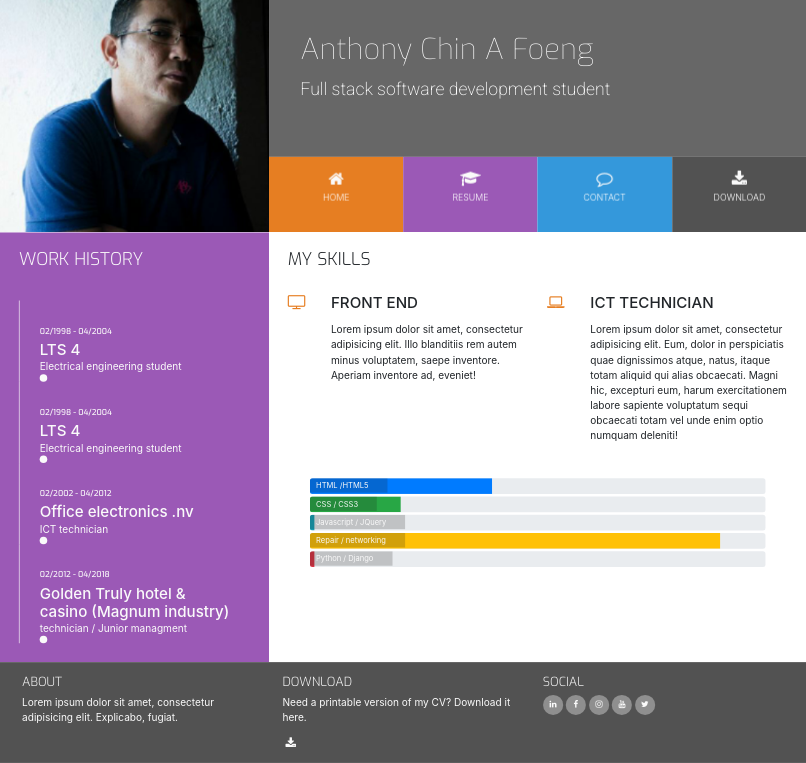
Repository: anthonycaf/UCD-Resume
Page: recume.html
The author's editor kept a record of every edit. The page is drawn from the files as they stood at one moment, then again after the next edit.
The browser window is 1280 px wide. The pictures show the whole page, at 63% of full size.

Above is the page before.

### recume.html
<!DOCTYPE html>
<html lang="en">
<head>
<meta charset="UTF-8">
<meta name="viewport" content="width=device-width, initial-scale=1.0">
<meta http-equiv="X-UA-Compatible" content="ie=edge">
<link rel="stylesheet" href="https://stackpath.bootstrapcdn.com/bootstrap/4.3.1/css/bootstrap.min.css" type="text/css" />
<link rel="stylesheet" href="https://cdnjs.cloudflare.com/ajax/libs/hover.css/2.3.1/css/hover-min.css" type="text/css" />
<link rel="stylesheet" href="https://stackpath.bootstrapcdn.com/font-awesome/4.7.0/css/font-awesome.min.css" type="text/css" />
<link rel="stylesheet" href="assets/css/style.css" type="text/css" />
    <title>Anthony</title>
</head>
<body>
    <header>
<div class="row no-gutters">
   <a href="index.html" class="col-md-4 logo">
 </a>
<div class="col-md-8">
<div class="row no-gutters bg-color-name-title">
<div class="col heading">
 <h1 class="name">Anthony Chin A Foeng</h1>
 <h2 class="title"> Full stack software development student</h2>
                    </div>
                </div>
             <div class="row no-gutters">
                 <div class="col">
                     <ul id='nav'class="list-inline menucontainer">
                         <li class="col-6 col-sm-3 ui-menu-color-home list-inline-item menuitem">
                             <a href="#" class="hvr-sweep-to-bottom"><i class="fa fa-home" aria-hidden="true"></i><span>Home</span></a>
                         </li>
                          <li class="col-6 col-sm-3 ui-menu-color-resume list-inline-item menuitem">
                             <a href="#" class="hvr-sweep-to-bottom"><i class="fa fa-graduation-cap" aria-hidden="true"></i><span>Resume</span></a>
                         </li>
                          <li class="col-6 col-sm-3 ui-menu-color-contact list-inline-item menuitem">
                             <a href="#" class="hvr-sweep-to-bottom"><i class="fa fa-comment-o" aria-hidden="true"></i><span>Contact</span></a>
                         </li>
                          <li class="col-6 col-sm-3 ui-menu-color-download list-inline-item menuitem">
                             <a href="#" class="hvr-sweep-to-bottom"><i class="fa fa-download" aria-hidden="true"></i><span>Download</span></a>
                         </li>

                     </ul>
                 </div>
             </div>
            </div>
        </div>

    </header>
    <section class="container-fluid">
        <div class="row">
         <div class="col-md-4 bg-color-work-history section-column">
          <div class="row">
           <div class="col-12">
           <h3 class="history-heading uppercase">
            Work History
           </h3>
          </div>
          </div>
         <div class="timeline-item" data-dates="02/1998 - 04/2004">
          <h4>LTS 4</h4>
          <p>Electrical engineering student</p>
         </div>
          <div class="timeline-item" data-dates="02/1998 - 04/2004">
          <h4>LTS 4</h4>
          <p>Electrical engineering student</p>
         </div>
          <div class="timeline-item" data-dates="02/2002 - 04/2012">
          <h4>Office electronics .nv</h4>
          <p>ICT technician</p>
         </div>
          <div class="timeline-item" data-dates="02/2012 - 04/2018">
          <h4>Golden Truly hotel & casino (Magnum industry)</h4>
          <p>technician / Junior managment</p>
         </div>
         </div>
         <div class="col-md-8 bg-color-three-reasons section-column">
          <div class="row">
           <div class="col">
            <h3 class="section-heading uppercase">My Skills</h3>
           </div>
          </div>
          <div class="row">
           <div class="col-10 offset-1 offset-sm-0 col-sm-4 col-md-6">
            <div class="row">
             <div class="col-2">
              <i class="three-reasons-icon fa fa-tv" aria-hidden="true"></i>
             </div>
             <div class="col-10">
              <h4 class="three-reason-heading uppercase">Front End</h4>
              <p>
               Lorem ipsum dolor sit amet, consectetur adipisicing elit.
               Illo blanditiis rem autem minus voluptatem, saepe inventore.
               Aperiam inventore ad, eveniet!
              </p>
             </div>
            </div>
           </div>
           <div class="col-10 offset-1 offset-sm-0 col-sm-4 col-md-6">
            <div class="row">
             <div class="col-2">
              <i class="three-reasons-icon fa fa-laptop" aria-hidden="true"></i>
             </div>
             <div class="col-10">
              <h4 class="three-reason-heading uppercase">ict technician</h4>
              <p>
              Lorem ipsum dolor sit amet, consectetur adipisicing elit.
              Eum, dolor in perspiciatis quae dignissimos atque, natus,
              itaque totam aliquid qui alias obcaecati. Magni hic,
              excepturi eum, harum exercitationem labore sapiente
              voluptatum sequi obcaecati totam vel unde enim optio numquam deleniti!
              </p>
             </div>
            </div>
           </div>

          </div>
          <div class="row progress-section">
           <div class="col">
            <div class="progress">
             <div class="progress-bar" role="progressbar" aria-valuenow="40" aria-valuemin="0"
             aria-valuemax="100" style="width:40%;">
              <span class="sr-only"> 40% complete</span>
             </div>
             <span class="progress-type">HTML /HTML5</span>
            </div>
            <div class="progress">
             <div class="progress-bar bg-success" role="progressbar" aria-valuenow="20" aria-valuemin="0"
             aria-valuemax="100" style="width:20%;">
              <span class="sr-only">20% complete</span>
             </div>
             <span class="progress-type">CSS / CSS3</span>
            </div>
            <div class="progress">
             <div class="progress-bar bg-info" role="progressbar" aria-valuenow="1" aria-valuemin="0"
             aria-valuemax="100" style="width:1%;">
              <span class="sr-only">1% complete</span>
             </div>
             <span class="progress-type">Javascript / JQuery</span>
            </div>
             <div class="progress">
             <div class="progress-bar bg-warning" role="progressbar" aria-valuenow="90" aria-valuemin="0"
             aria-valuemax="100" style="width:90%;">
              <span class="sr-only">90% complete</span>
             </div>
             <span class="progress-type">Repair / networking</span>
            </div>
             <div class="progress">
             <div class="progress-bar bg-danger" role="progressbar" aria-valuenow="1" aria-valuemin="0"
             aria-valuemax="100" style="width:1%;">
              <span class="sr-only">1% complete</span>
             </div>
             <span class="progress-type">Python / Django</span>
            </div>
           </div>
          </div>
         </div>
        </div>
    </section>
    <footer class="container-fluid">
    <div id="footer-details" class="row">
     <div class="col-sm-4">
      <h5 class="uppercase general-sub">About</h5>
      <p class="inline-block">
       Lorem ipsum dolor sit amet, consectetur adipisicing elit. Explicabo, fugiat.
      </p>
     </div>
     <div class="col-sm-4">
       <h5 class="uppercase general-sub">Download</h5>
       <p class="inline-block">Need a printable version of my CV? Download it here.</p>
       <a href="#" target="_blank" class="cv-pdf">
        <i class="fa fa-download" aria-hidden="true"></i>
        <span class="sr-only">Download link.</span>
       </a>
     </div>
     <div class="col-sm-4">
       <h5 class="uppercase general-sub">Social</h5>
       <ul class="list-inline social-links">
        <li class="list-inline-item">
         <a href="#" target="_blank">
          <i class="fa fa-linkedin" aria-hiden="true"></i>
          <span class="sr-only">Linkedin</span>
         </a>
        </li>
        <li class="list-inline-item">
         <a href="#" target="_blank">
          <i class="fa fa-facebook" aria-hiden="true"></i>
          <span class="sr-only">facebook</span>
         </a>
        </li>
        <li class="list-inline-item">
         <a href="#" target="_blank">
          <i class="fa fa-instagram" aria-hiden="true"></i>
          <span class="sr-only">instagram</span>
         </a>
        </li>
        <li class="list-inline-item">
         <a href="#" target="_blank">
          <i class="fa fa-youtube" aria-hiden="true"></i>
          <span class="sr-only">youtube</span>
         </a>
        </li>
        <li class="list-inline-item">
         <a href="#" target="_blank">
          <i class="fa fa-twitter" aria-hiden="true"></i>
          <span class="sr-only">twitter</span>
         </a>
        </li>
       </ul>
     </div>
    </div>
    </footer>
</body>
</html>

### assets/css/style.css
@import url('https://fonts.googleapis.com/css?family=Roboto:100,200,300,400,500,600,700|Exo:100,200,300,400,500,600,700');

/*-------------------------------------Color*/

.bg-color-name-title {
    background-color: #676767;
}
.bg-color-three-reasons {
    background-color: #ffffff;
}
.bg-color-personal-info {
    background-color: #f4f4f4;
}
.bg-color-work-history {
    background-color: #9b59b6;
}

.ui-menu-color-home {
    background-color: #e67e22;

}

.ui-menu-color-resume {
    background-color: #9b59b6;
}

.ui-menu-color-contact {
    background-color: #3498db;
}

.ui-menu-color-download {
    background-color: #525252;
}

/*-------------------------------------Special padding/margin/text*/

h1,
h2,
h3,
h4 {
    margin: 0;
}
.uppercase {
    text-transform: uppercase;

}
.general-sub {
    font-family: "Exo",sans-serif;
   font-weight: 300;
   color: #fafafa;

}
.inline-block {
    display: inline-block;
}
.row-table {
    display: table;

}
.section-column {
    display: table-cell;
    padding: 0 30px 30px;
    float: none;
}
.history-heading,
.section-heading {
    font-family: "Exo", sans-serif;
    font-weight: 300;
    margin-top: 25px;
    margin-bottom: 40px;

}
/*-------------------------------------heading*/

header {
    margin: 0;
}

.heading {
    margin-left: 50px;
}

.logo {
    background: url("../images/anthony.jpg");
    background-position: center;
    background-repeat: no-repeat;
    background-size: cover;
    min-height: 360px;
    transition: all .5s ease-in-out;
    -moz-transition: all .5s ease-in-out;
    -webkit-transition: all .5s ease-in-out;
}

.name {
    font-family: "Exo", sans-serif;
    font-weight: 100;
    font-size: 46px;
    margin-top: 50px;
    color: #ffffff;
}

.title {
    font-family: "Roboto", sans-serif;
    font-weight: 200;
    font-size: 28px;
    margin-top: 20px;
    margin-bottom: 90px;
    color: #ffffff;
}

.list-inline-item:not(:last-child) {
    margin: 0;
}

.menucontainer {
    font-size: 0;
}

#nav {
    margin: 0;
}

#nav li {
    font-size: 14px;
    padding: 0;
}

.menuitem {
    height: 120px;
    text-align: center;
    padding: 0;
}

.menuitem a {
    width: 100%;
    text-decoration: none;
    color: #ffffff;
    height: 120px;
}

.menuitem a i {
    padding-top: 22px;
    display: block;
    color: #fafafa;
    font-size: 26px;
}

.menuitem span {
    display: block;
    width: 100%;
    padding-top: 5px;
    text-align: center;
    text-transform: uppercase;
    font-size: 14px;
    font-weight: 300;
}

/*-------------------------------------Hover.css*/

.hvr-sweep-to-bottom:before {
    background-color: rgba( 0, 0, 0, 0.2);
    height: 120px;

}
/*-------------------------------------footer*/

footer {
    background-color: #525252;
    color: #fafafa;
    min-height: 120px;
    margin: 0;
}
.cv-pdf i {
    font-size: 18px;
    color: #fafafa;
    text-align: center;
    padding-left: 5px;
    transition: all 0.35s ease-in-out;
    -moz-transition: all 0.35s ease-in-out;
    -webkit-transition: all 0.35s ease-in-out;
    -o-transition: all 0.35s ease-in-out;
}
.cv-pdf i:hover {
    color: #e84610;

}
.social-links {
    padding-bottom: 15px;
}
.social-links li a i {
    width: 32px;
    height: 32px;
    padding: 12px 0;
    border-radius: 50%;
    font-size: 13px;
    line-height: 7px;
    text-align: center;
    color: #fafafa;
    background-color: #8f8f8f;
     transition: all 0.35s ease-in-out;
    -moz-transition: all 0.35s ease-in-out;
    -webkit-transition: all 0.35s ease-in-out;
    -o-transition: all 0.35s ease-in-out;
}
.social-links li a i:hover {
    background: #e84610;
}
#footer-details {
    padding:20px;
}

/*-------------------------------------three reasons*/

.three-reasons-icon {
    font-size: 26px;
    color: #e67e22;
}
.three-reason-heading {
    margin-bottom: 15px;
}

/*-------------------------------------Personal Info*/

.personal-info-item {
    margin-bottom: 20px;
    display: block;
    clear: both;
}
.personal-info-item .key,
.personal-info-item .value {
  padding-right: 8px;
  display: inline-block;

}
.personal-info-item .key p,
.personal-info-item .value p {
    margin: 0;

}
.personal-info-item .key {
    width: 30%;
    margin-right: 21px;
    padding-top: 2px;
    vertical-align: top;
}
.personal-info-item .key p {
    font-weight: 700;
}
.personal-info-item .value {
    position: relative;
    width: 60%;
}

/*-------------------------------------Skills*/

.progress {
    position: relative;
    height: 25px;
    margin-bottom: 4px;
}
.progress-type {
    position: absolute;
    left: 0px;
    font-weight: 400;
    padding: 3px 30px 2px 10px;
    color: #fafafa;
    background-color: rgba(25, 25, 25, 0.2)
}
.progress-section {
    margin: 40px 20px;
}

/*-------------------------------------work history*/

.history-heading {
    color: #fafafa;
    margin-bottom: 50px;
}
.timeline-item {
    padding: 4em 2em 0em 2em;
    position: relative;
    color: #fafafa;
    border-left: 1px solid;
}
.timeline-item p {
    padding:0;
    margin: 0;
}
.timeline-item:before {
    content: attr(data-dates);
    position: absolute;
    left: 2.5em;
    top: 3em;
    display: block;
    font-family: "Exo", sans-serif;
    font-weight: 500;
    font-size: 0.8em;
    padding: 0;
    margin: 0;
}

.timeline-item:after {
    width: 12px;
    height: 12px;
    display: block;
    top: 2.4em;
    left: -6px;
    border-radius: 12px;
    content: '';
    background-color: #fafafa;
}

After the next edit:
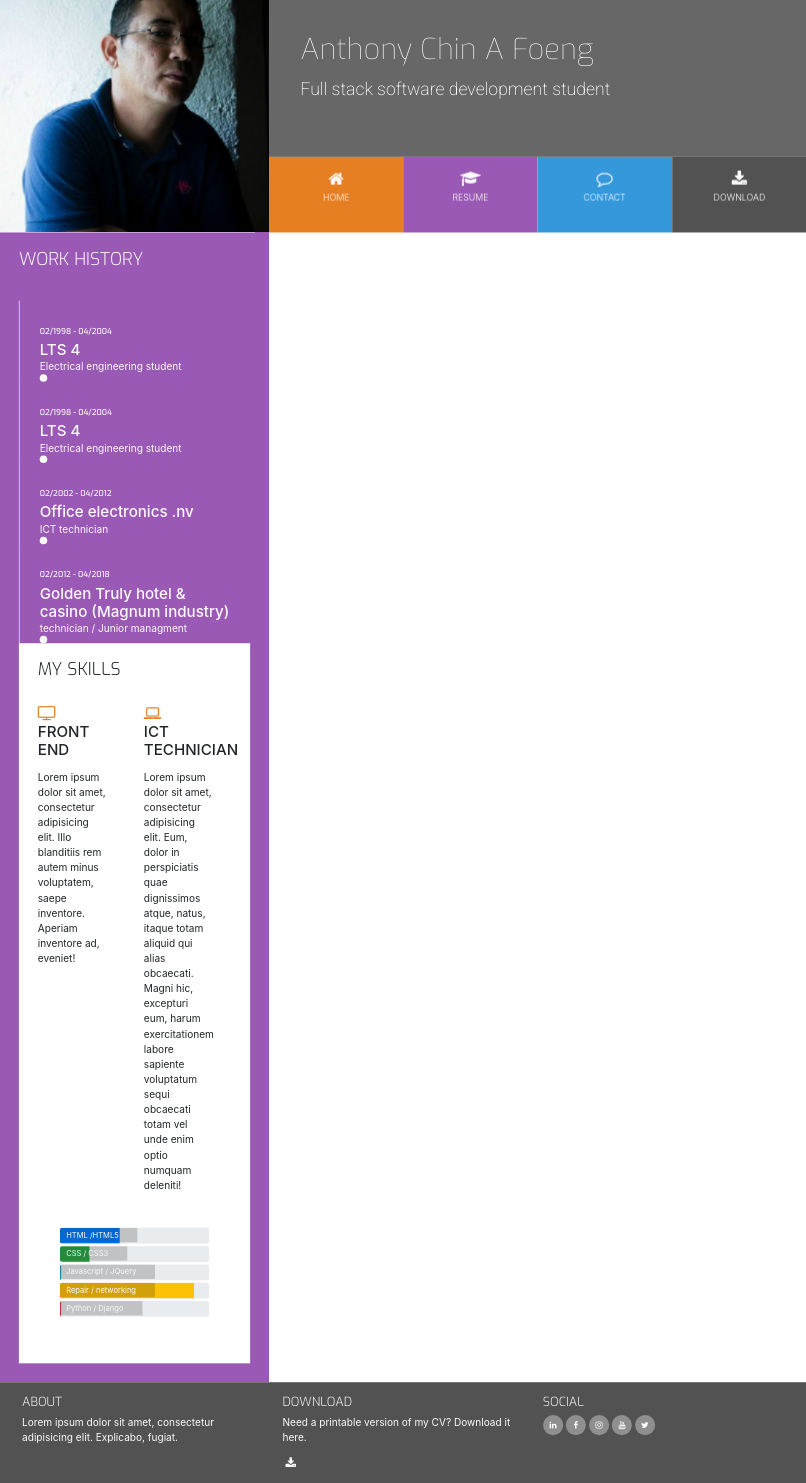
The edit:
--- a/recume.html
+++ b/recume.html
@@ -55,6 +55,7 @@
            </h3>
           </div>
           </div>
+          <div class="history-items">
          <div class="timeline-item" data-dates="02/1998 - 04/2004">
           <h4>LTS 4</h4>
           <p>Electrical engineering student</p>

After the edit that followed:
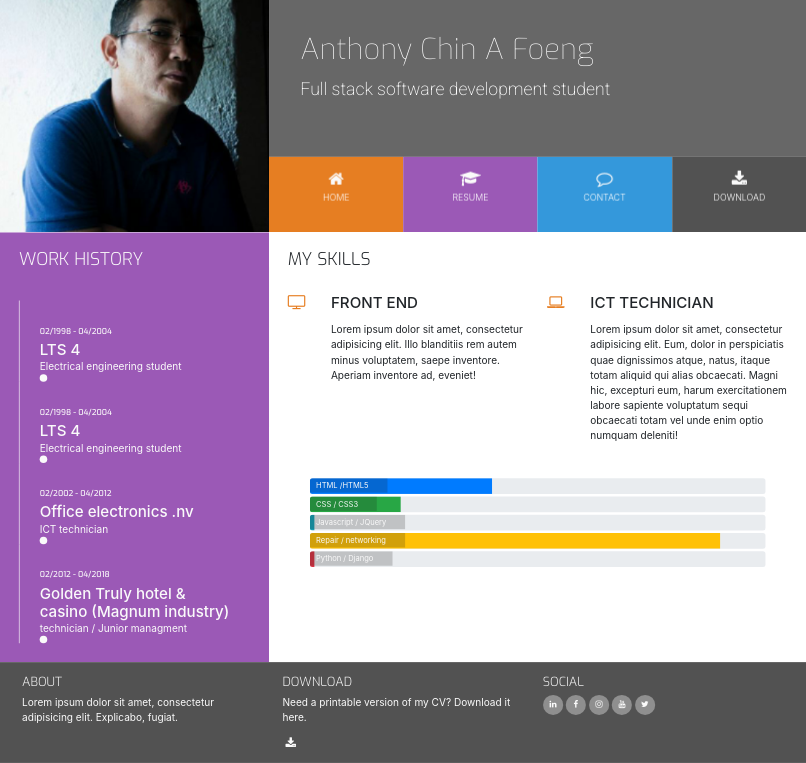
The edit:
--- a/recume.html
+++ b/recume.html
@@ -73,6 +73,7 @@
           <p>technician / Junior managment</p>
          </div>
          </div>
+         </div>
          <div class="col-md-8 bg-color-three-reasons section-column">
           <div class="row">
            <div class="col">
